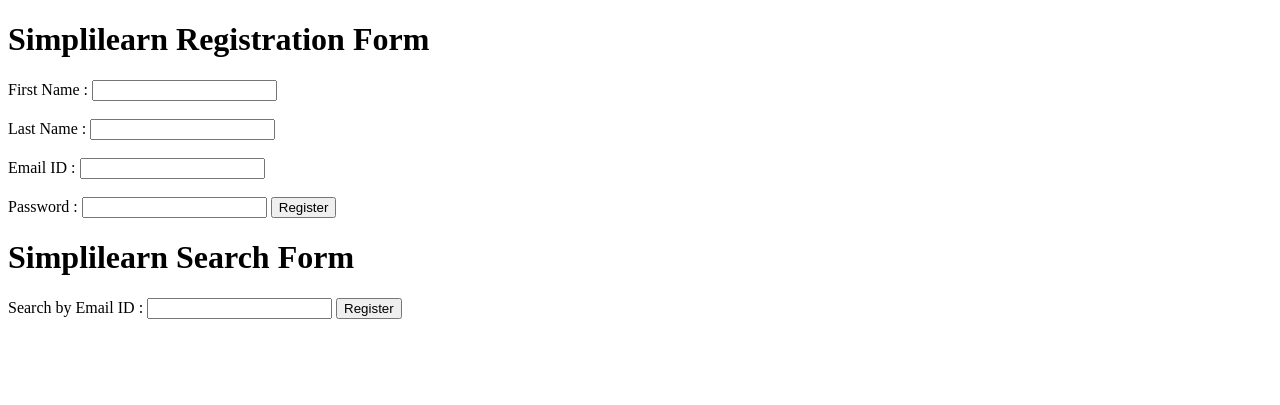
Repository: RamJangid/AdvanceJavaDone
Page: http://localhost/FlyAway/Welcome.jsp
The author's editor kept a copy of each file at every save. The page is drawn from the files as they stood at one save, then again after the next save.
The browser window is 1280 px wide. The pictures show the whole page.
The page is served by Tomcat 9. Other server files are loaded and not shown.

Above is the page before, as saved 2022-09-19 11:58:20.

### FlyAway/src/main/webapp/Welcome.jsp
<%@ page language="java" contentType="text/html; charset=UTF-8"
    pageEncoding="UTF-8"%>
<!DOCTYPE html>
<html>
<head>
<meta charset="UTF-8">
<title>Simplilearn Registration</title>
</head>
<body>

	<h1>Simplilearn Registration Form</h1>

	<form action="<%= request.getContextPath()%>/insert" method="post">

	First Name : <input type ="text" name = "firstName">
	<br><br>
	Last Name : <input type ="text" name = "lastName">
	<br><br>
	Email ID : <input type ="email" name ="emailId">
	<br><br>
	Password : <input type ="password" name ="password">

	<tr>

			<td colspan = 2 align = "center">
				<input type = "submit" value = "Register">
			</td>

	</tr>

	</form>

	<h1>Simplilearn Search Form</h1>

	<form action="<%= request.getContextPath()%>/getByEmail" method="post">


	Search by Email ID : <input type ="email" name ="emailId">

	<tr>

			<td colspan = 2 align = "center">
				<input type = "submit" value = "Register">
			</td>

	</tr>

	</form>

</body>

</html>

After the next save:
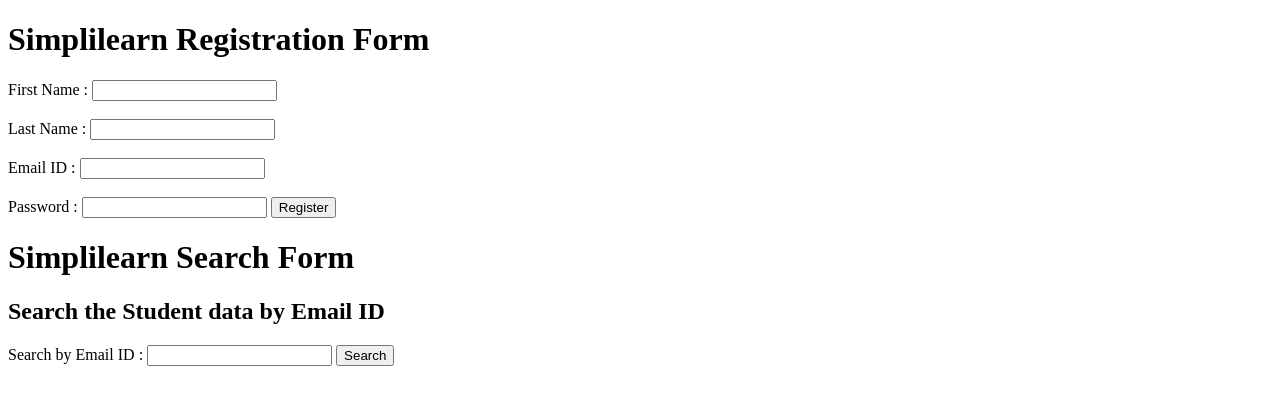
Saved 70 s later.
--- a/FlyAway/src/main/webapp/Welcome.jsp
+++ b/FlyAway/src/main/webapp/Welcome.jsp
@@ -31,6 +31,7 @@
 	</form>
 
 	<h1>Simplilearn Search Form</h1>
+	<h2>Search the Student data by Email ID</h2>
 
 	<form action="<%= request.getContextPath()%>/getByEmail" method="post">
 
@@ -40,7 +41,7 @@
 	<tr>
 
 			<td colspan = 2 align = "center">
-				<input type = "submit" value = "Register">
+				<input type = "submit" value = "Search">
 			</td>
 
 	</tr>
